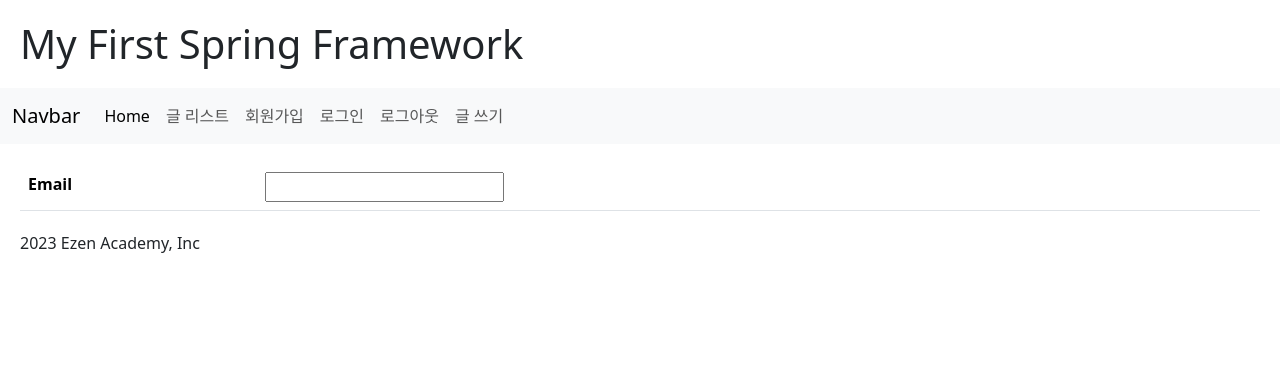
Repository: jinho0717/spring
Page: http://localhost/springProject/WEB-INF/views/member/modify.jsp
An editor plug-in stored every save of this project. The page is shown before and after the next save, followed by the edit.
The browser window is 1280 px wide. The pictures show the whole page.
The page is served by Tomcat 9. Nobody is signed in. Other server files are loaded and not shown. The template is opened directly, without the code that normally fills it, so the values that code supplies are empty.

Above is the page before, as saved 2023-10-31 07:43:51.

### springProject/src/main/webapp/WEB-INF/views/member/modify.jsp
<%@ page language="java" contentType="text/html; charset=UTF-8"
    pageEncoding="UTF-8"%>
    <%@ taglib uri="http://java.sun.com/jsp/jstl/core" prefix="c" %>
<!DOCTYPE html>
<html>
<head>
<meta charset="UTF-8">
<title>Insert title here</title>
</head>
<body>
<jsp:include page="../common/header.jsp"></jsp:include>
<jsp:include page="../common/nav.jsp"></jsp:include>

	<form action="/member/modify" method="post">
		<table class="table table-hover">
			<tr>
			<th>Email</th>
			<td><input type="text" name="bno" value="${mvo.email }" readonly="readonly"></td>
			</tr>
		</table>

	</form>
<jsp:include page="../common/footer.jsp"></jsp:include>
</body>
</html>

### springProject/src/main/webapp/WEB-INF/views/common/header.jsp
<%@ page language="java" contentType="text/html; charset=UTF-8"
    pageEncoding="UTF-8"%>
     <%@ taglib uri="http://java.sun.com/jsp/jstl/core" prefix="c" %>
<!DOCTYPE html>
<html>
<head>
<meta charset="UTF-8">
<title>Insert title here</title>
<link href="https://cdn.jsdelivr.net/npm/bootstrap@5.3.1/dist/css/bootstrap.min.css" rel="stylesheet" integrity="sha384-4bw+/aepP/YC94hEpVNVgiZdgIC5+VKNBQNGCHeKRQN+PtmoHDEXuppvnDJzQIu9" crossorigin="anonymous">
<script src="https://cdn.jsdelivr.net/npm/bootstrap@5.3.1/dist/js/bootstrap.bundle.min.js" integrity="sha384-HwwvtgBNo3bZJJLYd8oVXjrBZt8cqVSpeBNS5n7C8IVInixGAoxmnlMuBnhbgrkm" crossorigin="anonymous"></script>
<style type="text/css">
h1 , p , h3, form{
margin: 20px
}
</style>
</head>
<body>
<h1>My First Spring Framework</h1>

</body>
</html>

### springProject/src/main/webapp/WEB-INF/views/common/nav.jsp
<%@ page language="java" contentType="text/html; charset=UTF-8"
    pageEncoding="UTF-8"%>
     <%@ taglib uri="http://java.sun.com/jsp/jstl/core" prefix="c" %>
<!DOCTYPE html>
<html>
<head>
<meta charset="UTF-8">
<title>Insert title here</title>

</head>
<body>
<header>
	<nav class="navbar navbar-expand-lg bg-body-tertiary">
  <div class="container-fluid">
    <a class="navbar-brand" href="#">Navbar</a>
    <button class="navbar-toggler" type="button" data-bs-toggle="collapse" data-bs-target="#navbarSupportedContent" aria-controls="navbarSupportedContent" aria-expanded="false" aria-label="Toggle navigation">
      <span class="navbar-toggler-icon"></span>
    </button>
    <div class="collapse navbar-collapse" id="navbarSupportedContent">
      <ul class="navbar-nav me-auto mb-2 mb-lg-0">
        <li class="nav-item">
          <a class="nav-link active" aria-current="page" href="/">Home</a>
        </li>
        <li class="nav-item">
          <a class="nav-link" href="/board/list">글 리스트</a>
        </li>
        <li class="nav-item">
          <a class="nav-link" href="/member/register">회원가입</a>
        </li>
        <li class="nav-item">
          <a class="nav-link" href="/member/login">로그인</a>
        </li>
        <li class="nav-item">
          <a class="nav-link" href="/member/logout">로그아웃</a>
        </li>
        <li class="nav-item">
          <a class="nav-link" href="/board/register">글 쓰기</a>
        </li>
      </ul>
    </div>
  </div>
</nav>
</header>
</body>
</html>

### springProject/src/main/webapp/WEB-INF/views/common/footer.jsp
<%@ page language="java" contentType="text/html; charset=UTF-8"
    pageEncoding="UTF-8"%>
    <%@ taglib uri="http://java.sun.com/jsp/jstl/core" prefix="c" %>
<!DOCTYPE html>
<html>
<head>
<meta charset="UTF-8">
<title>Insert title here</title>

</head>
<body>
<div>
	<p>2023 Ezen Academy, Inc</p>
</div>
</body>
</html>

After the next save:
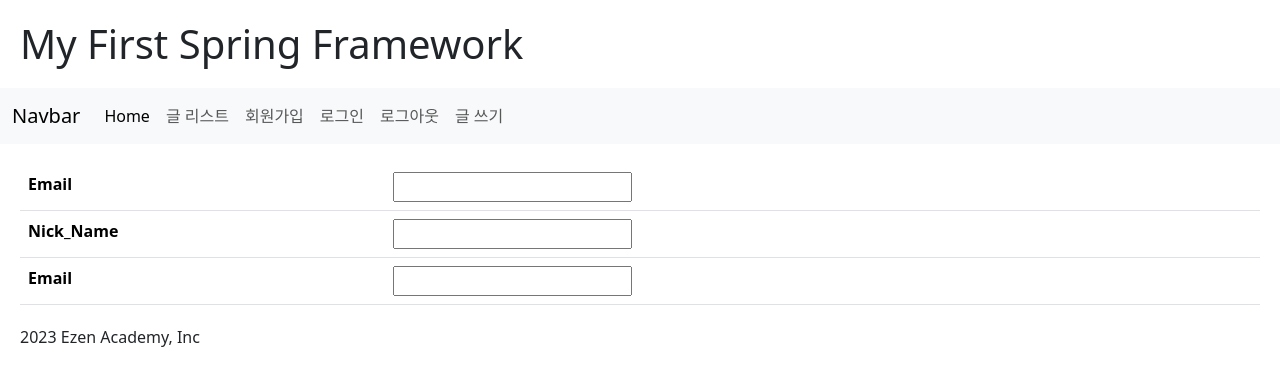
Saved 25 s later.
--- a/springProject/src/main/webapp/WEB-INF/views/member/modify.jsp
+++ b/springProject/src/main/webapp/WEB-INF/views/member/modify.jsp
@@ -17,6 +17,15 @@
 			<th>Email</th>
 			<td><input type="text" name="bno" value="${mvo.email }" readonly="readonly"></td>
 			</tr>
+			<tr>
+			<th>Nick_Name</th>
+			<td><input type="text" name="bno" value="${mvo.email }" readonly="readonly"></td>
+			</tr>
+			<tr>
+			<th>Email</th>
+			<td><input type="text" name="bno" value="${mvo.email }" readonly="readonly"></td>
+			</tr>
+
 		</table>
 
 	</form>
